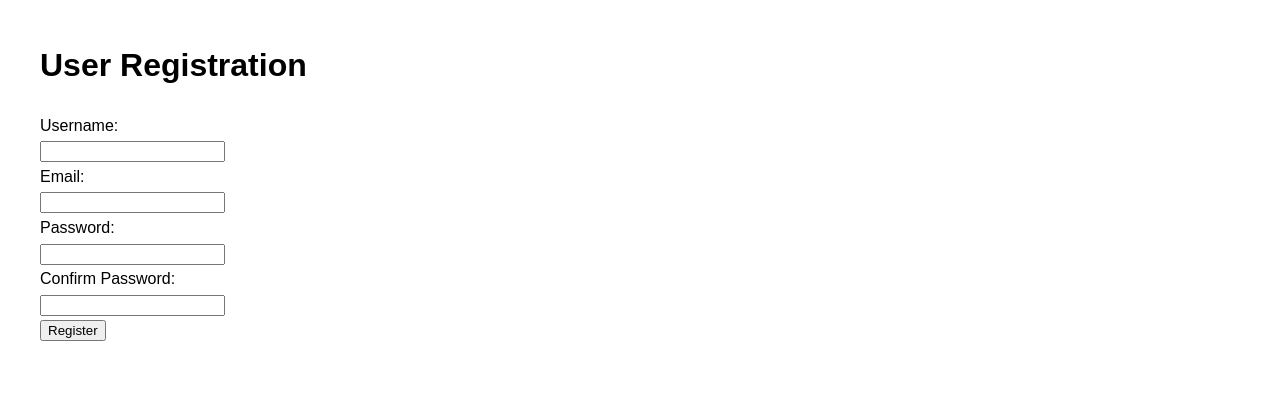
Repository: margo-m-chen/group_project
Page: user_registration.html
The author's editor kept a copy of each file at every save. The page is drawn from the files as they stood at one save, then again after the next save.
The browser window is 1280 px wide. The pictures show the whole page.

Above is the page before, as saved 2025-07-21 15:19:56.

### user_registration.html
<!DOCTYPE html>
<html lang="en">

<head>
    <meta charset="UTF-8">
    <meta name="viewport" content="width=device-width, initial-scale=1.0">
    <title>User Registration</title>
    <link rel="stylesheet" href="style.css">
    <style>
        document.getElementById('passwordErrorText').innerText='Password must be at least 8 characters long.';
    </style>
</head>

<body>
    <h1>User Registration</h1>
    <form id="regForm" action="register.form" method="POST" onsubmit="return validateForm()">
        <label for="username">Username:</label><br>
        <input type="text" id="username" name="username" required><br>


        <label for="email">Email:</label><br>
        <input type="email" id="email" name="email" required><br>


        <label for="password">Password:</label><br>
        <input type="password" id="password" name="password" required><br>
        <span id="passwordErrorText" style="color: red; font-size: 12px;"></span>
        <div class="error-message" id="password-error"></div>

        <label for="confirm_password">Confirm Password:</label><br>
        <input type="password" id="confirm_password" name="confirm_password" required><br>
        <div class="error-message" id="confirm-password-error"></div>

        <button type="submit">Register</button>
    </form>
    <script>

        function validateForm() {
            let hasError = false;
            // 先清除所有错误提示
            clearErrors();

            const password = document.getElementById('password').value;
            const confirmPassword = document.getElementById('confirm_password').value;

            // 验证密码长度
            if (password.length < 8) {
                showError('password', 'password-error', '密码长度至少8位');
                hasError = true;
            }
            // 验证密码匹配
            if (password !== confirmPassword) {
                showError('confirm_password', 'confirm-password-error', '两次密码输入不一致');
                hasError = true;
            }

            return !hasError;
        }

        function showError(inputId, messageId, message) {
            const input = document.getElementById(inputId);
            const errorDiv = document.getElementById(messageId);
            input.classList.add('error-input');
            errorDiv.style.display = 'block';
            errorDiv.innerText = message;
        }

        function clearErrors() {
            const errorInputs = document.querySelectorAll('.error-input');
            errorInputs.forEach(input => input.classList.remove('error-input'));

            const errorMessages = document.querySelectorAll('.error-message');
            errorMessages.forEach(div => {
                div.style.display = 'none';
                div.innerText = '';
            });
        }
    </script>

</body>

</html>

### style.css
body {
    font-family: Arial, sans-serif;
    margin: 40px;
    line-height: 1.6;

}

h2 {
    color: #15c60b;
}

p {
    font-family: Arial, Helvetica, sans-serif;
}

/* Image Slider Styles */
.slider-container {
    position: relative;
    max-width: 600px;
    margin: 20px auto;
    overflow: hidden;
    border-radius: 10px;
    box-shadow: 0 4px 8px rgba(0, 0, 0, 0.3);
}

.slider {
    display: flex;
    transition: transform 0.5s ease-in-out;
}

.slide {
    min-width: 100%;
    height: 400px;
}

.slide img {
    width: 100%;
    height: 100%;
    object-fit: cover;
}

.prev,
.next {
    position: absolute;
    top: 50%;
    transform: translateY(-50%);
    background-color: rgba(0, 0, 0, 0.5);
    color: white;
    border: none;
    padding: 16px;
    cursor: pointer;
    font-size: 18px;
    border-radius: 0 3px 3px 0;
    user-select: none;
}

.next {
    right: 0;
    border-radius: 3px 0 0 3px;
}

.prev:hover,
.next:hover {
    background-color: rgba(0, 0, 0, 0.8);
}

.dots-container {
    text-align: center;
    padding: 20px;
}

.dot {
    cursor: pointer;
    height: 15px;
    width: 15px;
    margin: 0 5px;
    background-color: #bbb;
    border-radius: 50%;
    display: inline-block;
    transition: background-color 0.3s ease;
}

.dot:hover,
.dot.active {
    background-color: #717171;
}

After the next save:
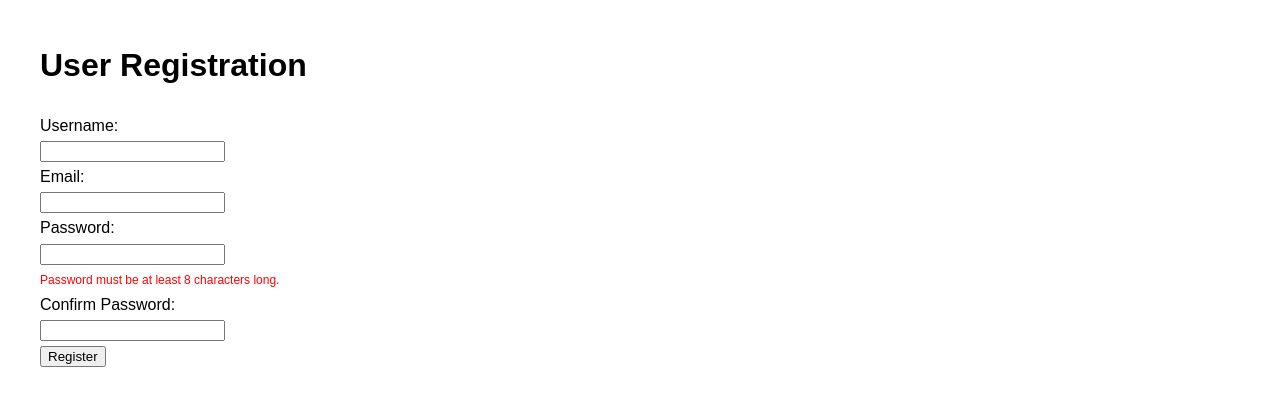
Saved 2 min 0 s later.
--- a/user_registration.html
+++ b/user_registration.html
@@ -6,9 +6,9 @@
     <meta name="viewport" content="width=device-width, initial-scale=1.0">
     <title>User Registration</title>
     <link rel="stylesheet" href="style.css">
-    <style>
-        document.getElementById('passwordErrorText').innerText='Password must be at least 8 characters long.';
-    </style>
+
+
+
 </head>
 
 <body>
@@ -34,7 +34,7 @@
         <button type="submit">Register</button>
     </form>
     <script>
-
+        document.getElementById('passwordErrorText').innerText = 'Password must be at least 8 characters long.';
         function validateForm() {
             let hasError = false;
             // 先清除所有错误提示
